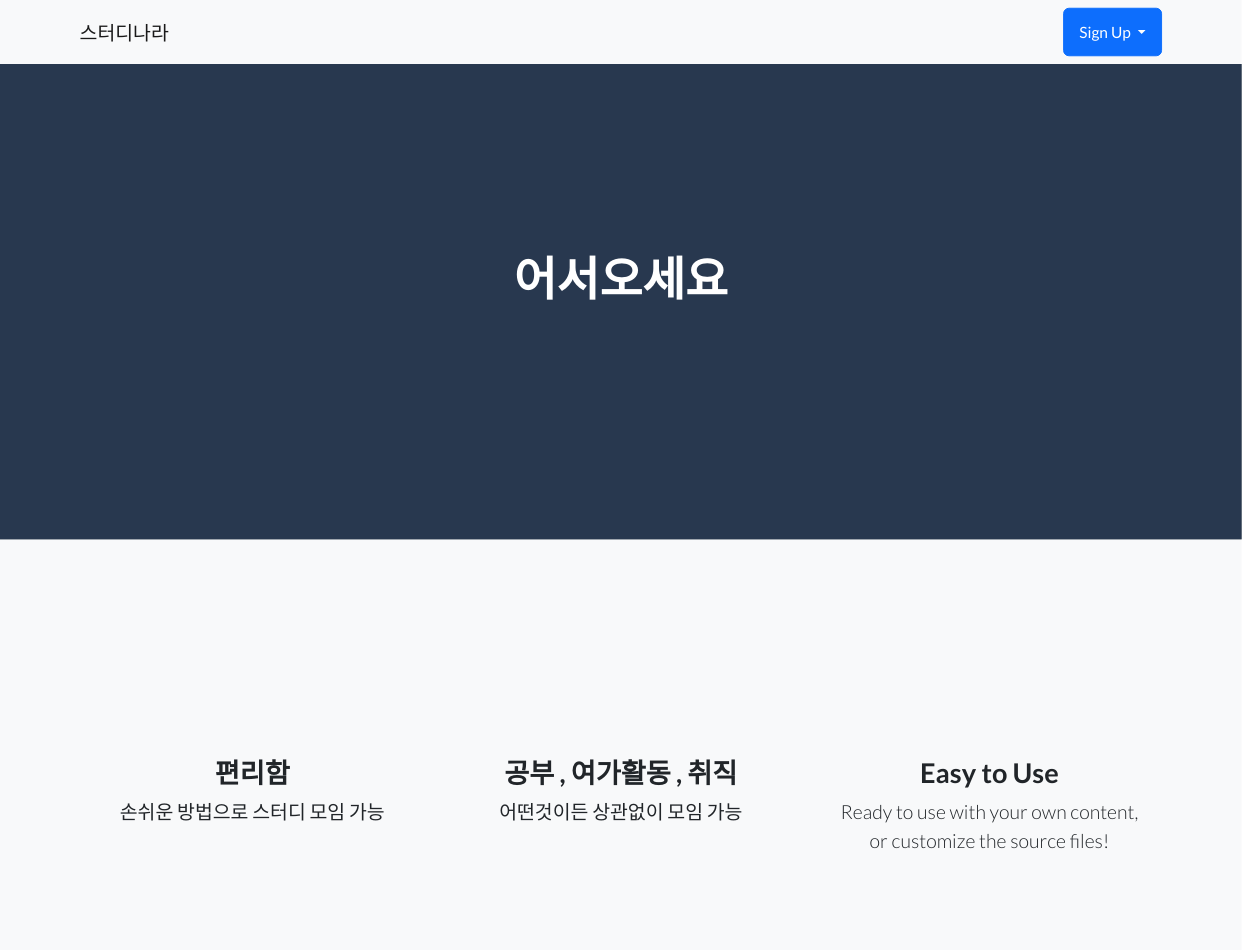
Repository: cmg9707/Devfox-spring-project
Page: http://localhost/DevJUS/WEB-INF/views/JUS/index.jsp
The author's editor kept a copy of each file at every save. The page is drawn from the files as they stood at one save, then again after the next save.
The browser window is 1280 px wide. The pictures show the part of the page from y = 0 to 979 px (the page is 3467 px tall before and 3437 px after), at 97% of full size.
Pictures or frames that could not be fetched are drawn as grey boxes. The page is served by Tomcat 9. Nobody is signed in. Other server files are loaded and not shown. The template is opened directly, without the code that normally fills it, so the values that code supplies are empty.

Above is the page before, as saved 2023-04-07 00:28:26.

### DevJUS/src/main/webapp/WEB-INF/views/JUS/index.jsp
<!DOCTYPE html>
<%@ page language="java" contentType="text/html; charset=UTF-8" pageEncoding="UTF-8"%>

<html lang="en">
    <head>
        <meta charset="utf-8" />
        <meta name="viewport" content="width=device-width, initial-scale=1, shrink-to-fit=no" />
        <meta name="description" content="" />
        <meta name="author" content="" />
        <title>공부 스터디</title>
        <!-- Favicon-->
        <link rel="icon" type="image/x-icon" href="assets/favicon.ico" />

        <!-- Bootstrap ! -->
  		<link href="https://cdn.jsdelivr.net/npm/bootstrap@5.3.0-alpha3/dist/css/bootstrap.min.css" rel="stylesheet" integrity="sha384-KK94CHFLLe+nY2dmCWGMq91rCGa5gtU4mk92HdvYe+M/SXH301p5ILy+dN9+nJOZ" crossorigin="anonymous">
        <script src="https://cdn.jsdelivr.net/npm/bootstrap@5.3.0-alpha3/dist/js/bootstrap.bundle.min.js" integrity="sha384-ENjdO4Dr2bkBIFxQpeoTz1HIcje39Wm4jDKdf19U8gI4ddQ3GYNS7NTKfAdVQSZe" crossorigin="anonymous"></script>
        <!-- Google fonts-->
        <link href="https://fonts.googleapis.com/css?family=Lato:300,400,700,300italic,400italic,700italic" rel="stylesheet" type="text/css" />
        <!-- Core theme CSS (includes Bootstrap)-->
        <link rel="stylesheet" href="/resources/css/styles.css">
    </head>
    <body>
        <!-- Navigation-->
        <nav class="navbar navbar-light bg-light static-top">
            <div class="container">
                <a class="navbar-brand" href="#!">스터디나라</a>
                <div class="dropdown">
 				 <button class="btn btn-primary dropdown-toggle " type="button" id="dropdownMenuButton1" data-bs-toggle="dropdown" aria-expanded="false">
  					  Sign Up
  				 </button>
  					<ul class="dropdown-menu" aria-labelledby="dropdownMenuButton1">
   					 <li><a class="dropdown-item" href="#">Action</a></li>
    				 <li><a class="dropdown-item" href="#">Another action</a></li>
                     <li><a class="dropdown-item" href="#">Something else here</a></li>
                   </ul>
                </div>
            </div>
        </nav>
        <!-- Masthead-->
        <header class="masthead">
            <div class="container position-relative">
                <div class="row justify-content-center">
                    <div class="col-xl-6">
                        <div class="text-center text-white">
                            <!-- Page heading-->
                            <h1 class="mb-5">어서오세요</h1>
                            <!-- Signup form-->


                        </div>
                    </div>
                </div>
            </div>
        </header>

        <section class="features-icons bg-light text-center">
            <div class="container">
                <div class="row">
                    <div class="col-lg-4">
                        <div class="features-icons-item mx-auto mb-5 mb-lg-0 mb-lg-3">
                            <div class="features-icons-icon d-flex"><i class="bi-window m-auto text-primary"></i></div>
                            <h3>편리함</h3>
                            <p class="lead mb-0">손쉬운 방법으로 스터디 모임 가능</p>
                        </div>
                    </div>
                    <div class="col-lg-4">
                        <div class="features-icons-item mx-auto mb-5 mb-lg-0 mb-lg-3">
                            <div class="features-icons-icon d-flex"><i class="bi-layers m-auto text-primary"></i></div>
                            <h3>공부 , 여가활동 , 취직</h3>
                            <p class="lead mb-0">어떤것이든 상관없이 모임 가능</p>
                        </div>
                    </div>
                    <div class="col-lg-4">
                        <div class="features-icons-item mx-auto mb-0 mb-lg-3">
                            <div class="features-icons-icon d-flex"><i class="bi-terminal m-auto text-primary"></i></div>
                            <h3>Easy to Use</h3>
                            <p class="lead mb-0">Ready to use with your own content, or customize the source files!</p>
                        </div>
                    </div>
                </div>
            </div>
        </section>
        <!-- Image Showcases-->
        <section class="showcase">
            <div class="container-fluid p-0">
                <div class="row g-0">
                    <div class="col-lg-6 order-lg-2 text-white showcase-img" style="background-image: url('/resources/css/img/bg-showcase-1.jpg')"></div>
                    <div class="col-lg-6 order-lg-1 my-auto showcase-text">
                        <h2>Fully Responsive Design</h2>
                        <p class="lead mb-0">When you use a theme created by Start Bootstrap, you know that the theme will look great on any device, whether it's a phone, tablet, or desktop the page will behave responsively!</p>
                    </div>
                </div>
                <div class="row g-0">
                    <div class="col-lg-6 text-white showcase-img" style="background-image: url('/resources/css/img/bg-showcase-2.jpg')"></div>
                    <div class="col-lg-6 my-auto showcase-text">
                        <h2>Updated For Bootstrap 5</h2>
                        <p class="lead mb-0">Newly improved, and full of great utility classes, Bootstrap 5 is leading the way in mobile responsive web development! All of the themes on Start Bootstrap are now using Bootstrap 5!</p>
                    </div>
                </div>
                <div class="row g-0">
                    <div class="col-lg-6 order-lg-2 text-white showcase-img" style="background-image: url('/resources/css/img/bg-showcase-3.jpg')"></div>
                    <div class="col-lg-6 order-lg-1 my-auto showcase-text">
                        <h2>Easy to Use & Customize</h2>
                        <p class="lead mb-0">Landing Page is just HTML and CSS with a splash of SCSS for users who demand some deeper customization options. Out of the box, just add your content and images, and your new landing page will be ready to go!</p>
                    </div>
                </div>
            </div>
        </section>
        <!-- Testimonials-->
        <section class="testimonials text-center bg-light">
            <div class="container">
                <h2 class="mb-5">What people are saying...</h2>
                <div class="row">
                    <div class="col-lg-4">
                        <div class="testimonial-item mx-auto mb-5 mb-lg-0">
                            <img class="img-fluid rounded-circle mb-3" src="/resources/css/img/testimonials-1.jpg" alt="..." />
                            <h5>Margaret E.</h5>
                            <p class="font-weight-light mb-0">"정말 좋았습니다."</p>
                        </div>
                    </div>
                    <div class="col-lg-4">
                        <div class="testimonial-item mx-auto mb-5 mb-lg-0">
                            <img class="img-fluid rounded-circle mb-3" src="/resources/css/img/testimonials-2.jpg" alt="..." />
                            <h5>Fred S.</h5>
                            <p class="font-weight-light mb-0">"가입하고 인생이 달라졌어요."</p>
                        </div>
                    </div>
                    <div class="col-lg-4">
                        <div class="testimonial-item mx-auto mb-5 mb-lg-0">
                            <img class="img-fluid rounded-circle mb-3" src="/resources/css/img/testimonials-3.jpg" alt="..." />
                            <h5>Sarah W.</h5>
                            <p class="font-weight-light mb-0">"모임을 가지고 실력이 향상되었습니다."</p>
                        </div>
                    </div>
                </div>
            </div>
        </section>
        <!-- Call to Action-->
        <section class="call-to-action text-white text-center" id="signup">
            <div class="container position-relative">
                <div class="row justify-content-center">
                    <div class="col-xl-6">
                        <h2 class="mb-4">지금 바로 가입하세요!</h2>

                    </div>
                </div>
            </div>
        </section>
        <!-- Footer-->
        <footer class="footer bg-light">
            <div class="container">
                <div class="row">
                    <div class="col-lg-6 h-100 text-center text-lg-start my-auto">
                        <ul class="list-inline mb-2">

                        </ul>
                        <p class="text-muted small mb-4 mb-lg-0">&copy; 2023.</p>
                    </div>
                    <div class="col-lg-6 h-100 text-center text-lg-end my-auto">
                        <ul class="list-inline mb-0">
                            <li class="list-inline-item me-4">
                                <a href="#!"><i class="bi-facebook fs-3"></i></a>
                            </li>
                            <li class="list-inline-item me-4">
                                <a href="#!"><i class="bi-twitter fs-3"></i></a>
                            </li>
                            <li class="list-inline-item">
                                <a href="#!"><i class="bi-instagram fs-3"></i></a>
                            </li>
                        </ul>
                    </div>
                </div>
            </div>
        </footer>
    </body>
</html>

Loaded but not shown: DevJUS/src/main/webapp/resources/css/styles.css (library)

After the next save:
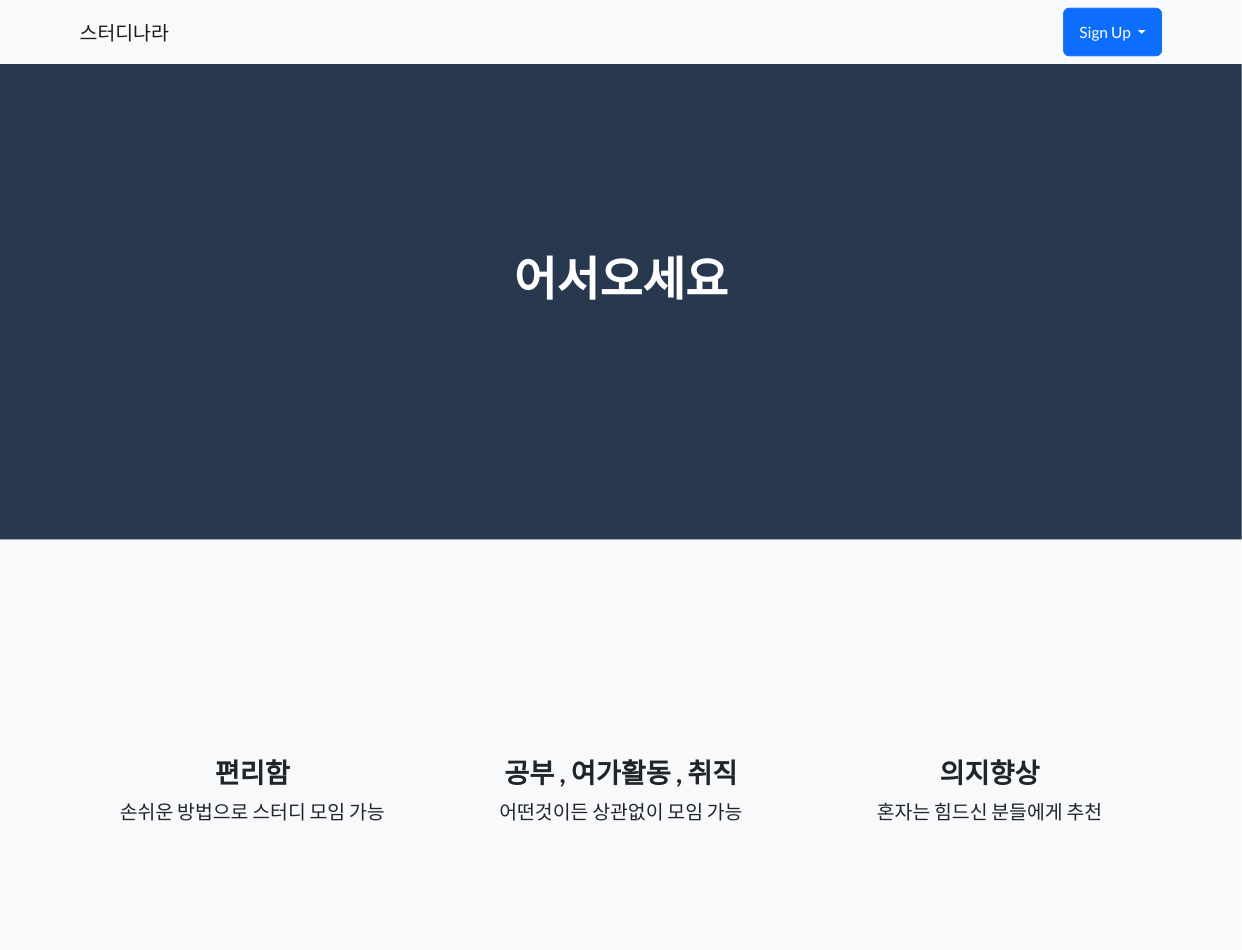
Saved 3 min 44 s later.
--- a/DevJUS/src/main/webapp/WEB-INF/views/JUS/index.jsp
+++ b/DevJUS/src/main/webapp/WEB-INF/views/JUS/index.jsp
@@ -73,8 +73,8 @@
                     <div class="col-lg-4">
                         <div class="features-icons-item mx-auto mb-0 mb-lg-3">
                             <div class="features-icons-icon d-flex"><i class="bi-terminal m-auto text-primary"></i></div>
-                            <h3>Easy to Use</h3>
-                            <p class="lead mb-0">Ready to use with your own content, or customize the source files!</p>
+                            <h3>의지향상</h3>
+                            <p class="lead mb-0">혼자는 힘드신 분들에게 추천</p>
                         </div>
                     </div>
                 </div>
